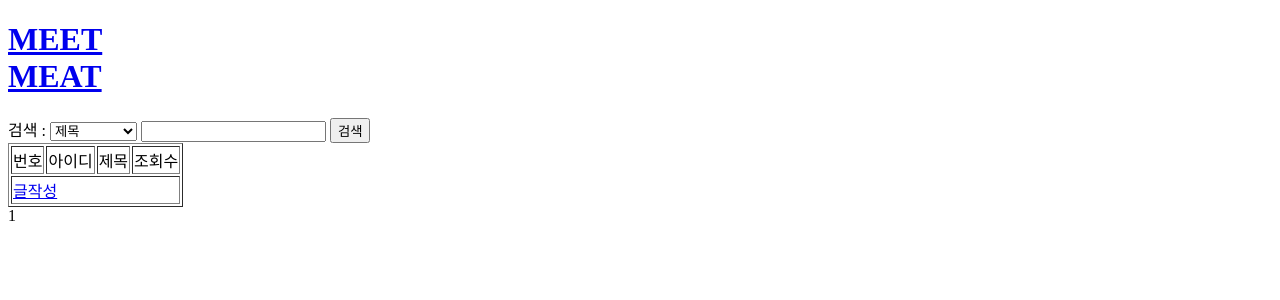
Repository: KOOBONMOO/koo
Page: http://localhost/portfolio/board/list.jsp
These files come from the project's save history. The page is drawn as it stood at one moment and after the next save; the edit follows.
The browser window is 1280 px wide. The pictures show the whole page.
Some web fonts or font styles are not loaded; a fallback is used. The page is served by Tomcat 9. Other server files are loaded and not shown. The template is opened directly, without the code that normally fills it, so the values that code supplies are empty.

Above is the page before, as saved 2020-11-17 02:43:46.

### portfolio/WebContent/board/list.jsp
<%@ page language="java" contentType="text/html; charset=UTF-8"
    pageEncoding="UTF-8"%>
<%@ taglib prefix="c" uri="http://java.sun.com/jsp/jstl/core" %>
<!DOCTYPE html>
<html lang="ko-kr">
<head>
<meta charset="UTF-8">
<meta name="description" content="HTML Study">
<meta name="keywords" content="HTML,CSS,XML,JavaScript">
<meta name="author" content="Bruce">
<meta name="viewport" content="width=device-width, initial-scale=1.0">
<title>목록</title>
</head>
<body>
	<a href="../main/main.jsp">
		<h1>MEET<br>MEAT</h1>
	</a>
	<form method = "post" action="search.do">
		검색 :
			<select name="kindOfSearch">
				<option value="searchTitle">제목</option>
				<option value="searchTitleAndContents">제목 + 내용</option>
				<option value="searchId">작성자</option>
			</select>

		<input type="text" name="searchKeyword">
		<input type="submit" value="검색">
	</form>
	<table border="1">
		<tr>
			<td>번호</td><td>아이디</td><td>제목</td><td>조회수</td>
		</tr>
		<c:forEach var="dto" items="${list}">
			<tr>
				<td>${dto.no }</td>
				<td>${dto.id}</td>
				<td>
					<a href="view.do?no=${dto.no}&id=${dto.id}">
					<c:forEach var="i" begin="1" end="${dto.indentNum}" step="1">-</c:forEach>
					${dto.title}
					</a>
				</td>
				<td>${dto.hit}</td>
			</tr>
		</c:forEach>
		<tr>
			<td colspan="4"><a href="write.do">글작성</a></td>
		</tr>
	</table>
	<c:set var="curPage" value="${param.curPage }" />
	<c:if test="${curPage eq null }">
		<c:set var="curPage" value="0"/>
	</c:if>
	<c:forEach var="i" begin="0" end="${totalPage }" step="1">
		<c:if test="${i eq curPage}">
			${i+1}
		</c:if>
		<c:if test="${i ne curPage}">
			<a href="list.do?curPage=${i}">${i+1}</a>
		</c:if>
	</c:forEach>
</body>
</html>

### portfolio/WebContent/css/board_combination.css
@import url('common.css');
body{
	text-align: center;
}

table {
    display: table;
    border-collapse: separate;
    box-sizing: border-box;
    border-spacing: 0.5px;
    border-color: white;

    border-top-width: 0.5px;
    border-right-width: 0.5px;
    border-bottom-width: 0.5px;
    border-left-width: 0.5px;
}

### portfolio/WebContent/css/common.css
@import url('https://fonts.googleapis.com/css2?family=Sunflower:wght@300&display=swap');


* {
    font-family: 'Permanent Marker';
    font-family: 'Sunflower', sans-serif;
}


html,
body {
    margin: 0;
}

ul,
li {
    margin: 0;
    padding: 0;
    list-style: none;
}

h1,
h2,
h3,
h4,
h5,
h6,
figure,
figcaption {
    margin: 0;
    padding: 0;
}

a {
    text-decoration: none;
    color: #000;
}

* {
    box-sizing: border-box;
}

After the next save:
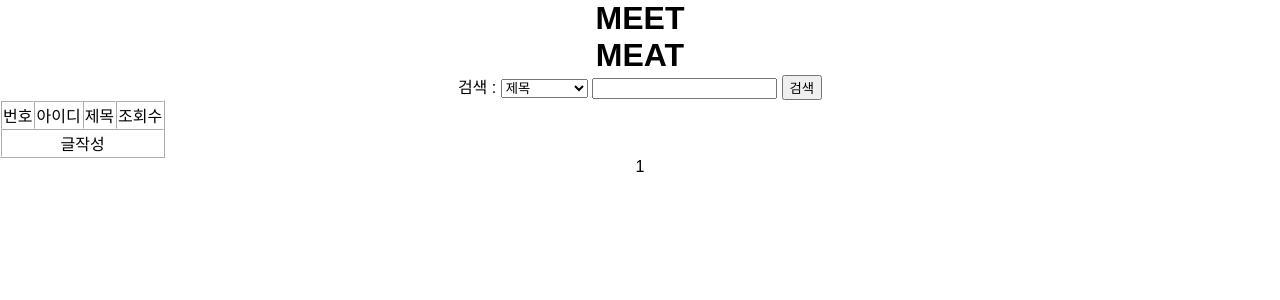
Saved 90 s later.
--- a/portfolio/WebContent/board/list.jsp
+++ b/portfolio/WebContent/board/list.jsp
@@ -10,6 +10,7 @@
 <meta name="author" content="Bruce">
 <meta name="viewport" content="width=device-width, initial-scale=1.0">
 <title>목록</title>
+<link href="../css/board_combination.css" rel="stylesheet" type="text/css" >
 </head>
 <body>
 	<a href="../main/main.jsp">
